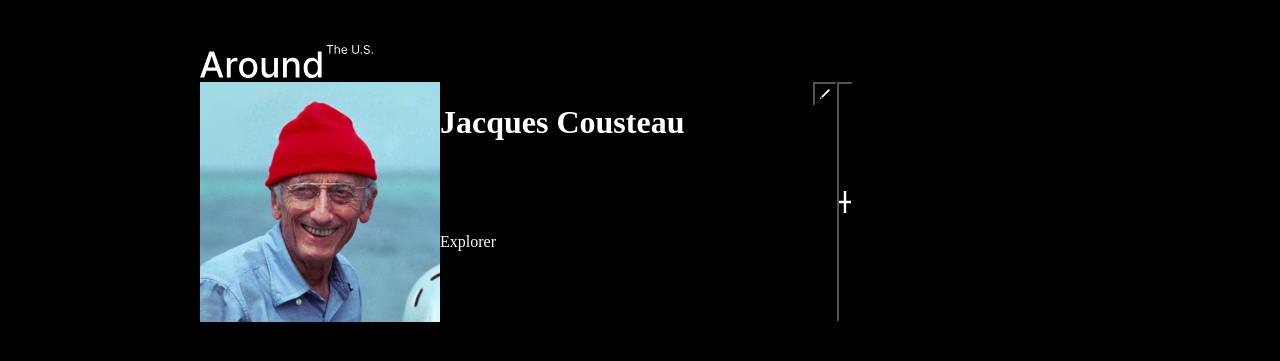
Repository: al-XLeMEsTRE/Around-The-U.S
Page: index.html
The author's editor kept a copy of each file at every save. The page is drawn from the files as they stood at one save, then again after the next save.
The browser window is 1280 px wide. The pictures show the whole page.

Above is the page before, as saved 2023-12-12 13:42:14.

After the next save:
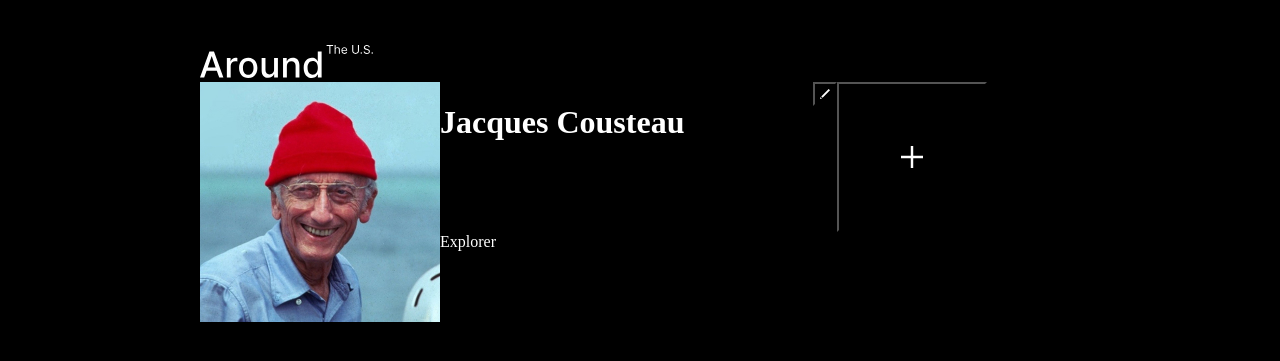
Saved 20 min 9 s later.
--- a/blocks/page.css
+++ b/blocks/page.css
@@ -29,4 +29,6 @@
 
 .profile__add-button {
   background: transparent url(../images/add-button.svg) center no-repeat;
+  width: 150px;
+  height: 150px;
 }
